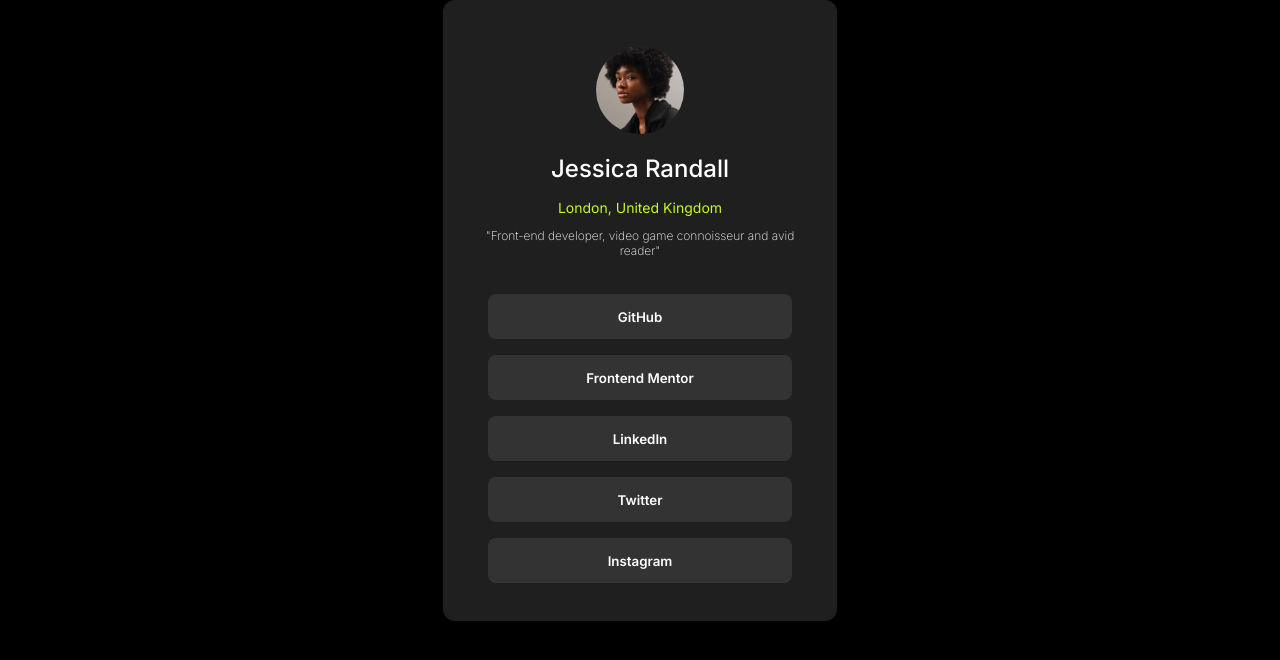
Repository: brandontaylor1/social-links-profile
Page: index.html
An editor plug-in stored every save of this project. The page is shown before and after the next save, followed by the edit.
The browser window is 1280 px wide. The pictures show the whole page.

Above is the page before, as saved 2024-12-25 17:55:16.

### index.html
<!DOCTYPE html>
<html lang="en">
<head>
    <meta charset="UTF-8">
    <meta name="viewport" content="width=device-width, initial-scale=1.0">
    <link rel="preconnect" href="https://fonts.googleapis.com">
    <link rel="preconnect" href="https://fonts.gstatic.com" crossorigin>
    <link href="https://fonts.googleapis.com/css2?family=Inter:ital,opsz,wght@0,14..32,100..900;1,14..32,100..900&display=swap" rel="stylesheet">
    <link rel="stylesheet" href="styles.css">
    <title>Social Links Profile</title>
</head>
<body>
    <main class="container">
        <div class="profile-content">
            <div class="img-container">
                <img src="./images/avatar-jessica.jpeg" class="profile-pic" alt="profile-pic">
            </div>
            <div class="profile-text">
                <h1>Jessica Randall</h1>
                <h2>London, United Kingdom</h2>
                <p>"Front-end developer, video game connoisseur and avid reader"</p>
            </div>
        </div>
        <div class="social-link-button-container">
            <button class="social-link-button"><a href="#">GitHub</a></button>
            <button class="social-link-button"><a href="#">Frontend Mentor</a></button>
            <button class="social-link-button"><a href="#">LinkedIn</a></button>
            <button class="social-link-button"><a href="#">Twitter</a></button>
            <button class="social-link-button"><a href="#">Instagram</a></button>
        </div>
    </main>

    <script src="index.js"></script>
</body>
</html>

### styles.css
:root {
    --gray-900: #141414;
    --gray-800: #1F1F1F;
    --gray-700: #333333;

    --color-white: #FFFFFF;
    --color-black: #000000;

    --color-green: #C4F82A;

}

body {
    box-sizing: border-box;
    margin: 0;
    padding: 0;
    background-color: black;
    display: flex;
    justify-content: center;
    align-items: center;
    font-family: "Inter", sans-serif;
    background-color: var(--color-black);
}

.container {
    background-color: var(--gray-800);
    color: var(--color-white);
    border-radius: 12px;
    padding: 5px 5px;
    width: 384px;
    height: 611px;
    display: flex;
    flex-direction: column;
    justify-content: center;
    align-items: center;
    text-align: center;
}

.profile-content {
    padding: 16px;
}

.profile-pic {
    width: 88px;
    height: 88px;
    border-radius: 50%;
}

.profile-text h1 {
    font-size: 24px;
    font-family: "Inter", sans-serif;
    font-weight: 500;
}

.profile-text h2 {
    font-size: 14px;
    font-family: "Inter", sans-serif;
    font-weight: 400;
    color: var(--color-green);
}

.profile-text p {
    font-size: 12px;
    font-family: "Inter", sans-serif;
    font-weight: 200;
    color: var(--color-white);
}


.social-link-button-container {
    display: flex;
    flex-direction: column;
    justify-content: center;
    align-items: center;
}

a {
    text-decoration: none;
    color: var(--color-white);
}

a:hover {
    color: var(--color-black);
}

.social-link-button {
    width: 304px;
    height: 45px;
    background-color: var(--gray-700);
    border: none;
    border-radius: 8px;
    margin: 8px;
    font-family: "Inter", sans-serif;
    font-weight: 600;

}

.social-link-button:hover {
    background-color: var(--color-green);

}

Loaded but not shown: index.js (no stored copy; drawn as an empty file)

After the next save:
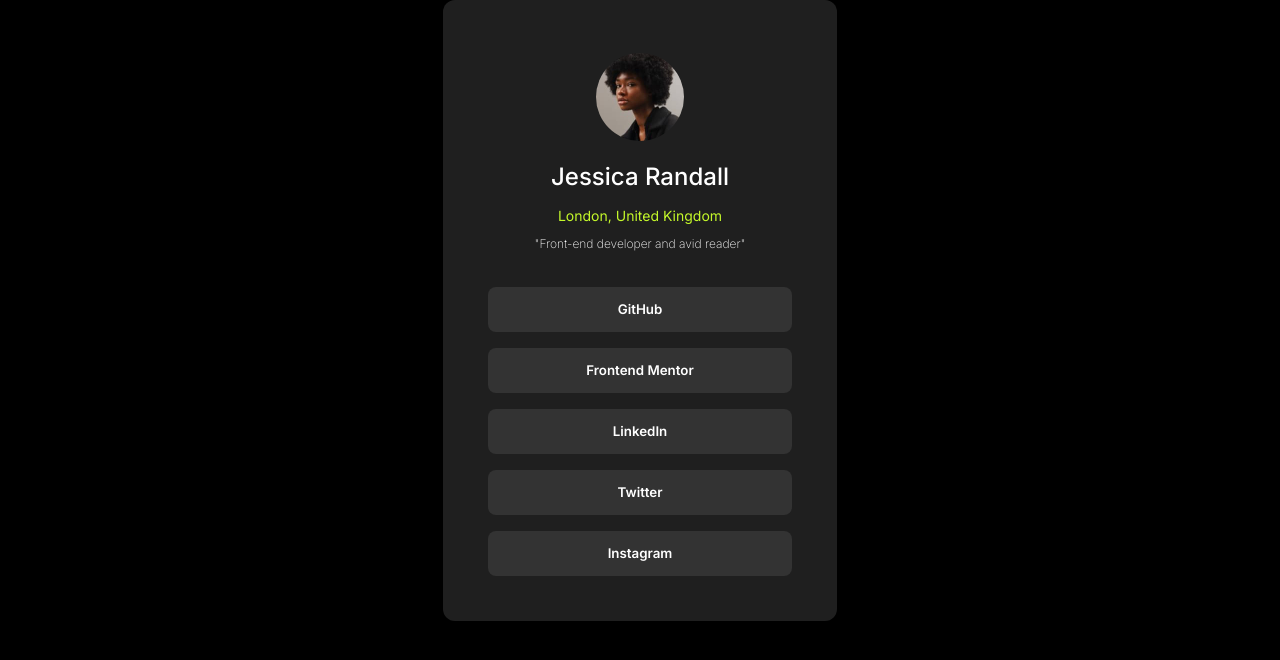
Saved 14 s later.
--- a/index.html
+++ b/index.html
@@ -18,7 +18,7 @@
             <div class="profile-text">
                 <h1>Jessica Randall</h1>
                 <h2>London, United Kingdom</h2>
-                <p>"Front-end developer, video game connoisseur and avid reader"</p>
+                <p>"Front-end developer and avid reader"</p>
             </div>
         </div>
         <div class="social-link-button-container">
